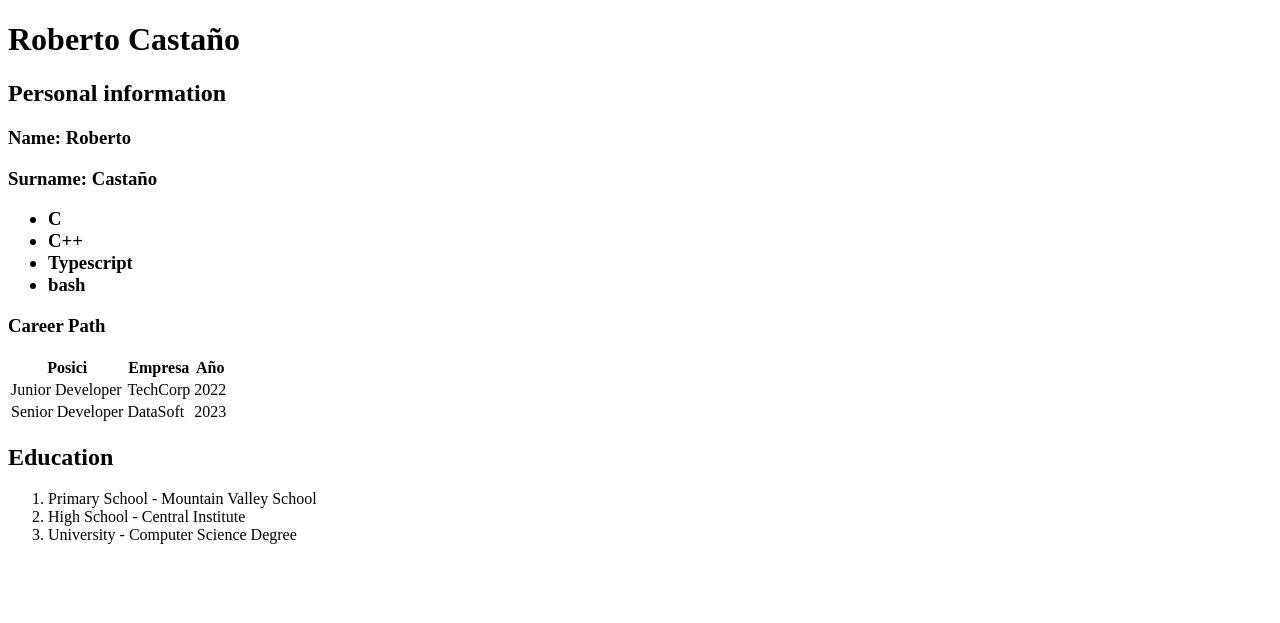
Repository: cronopi/django
Page: Training-Python-Django-0 1/ex01/cv.html
An editor plug-in stored every save of this project. The page is shown before and after the next save, followed by the edit.
The browser window is 1280 px wide. The pictures show the whole page.

Above is the page before, as saved 2026-03-10 12:18:21.

After the next save:
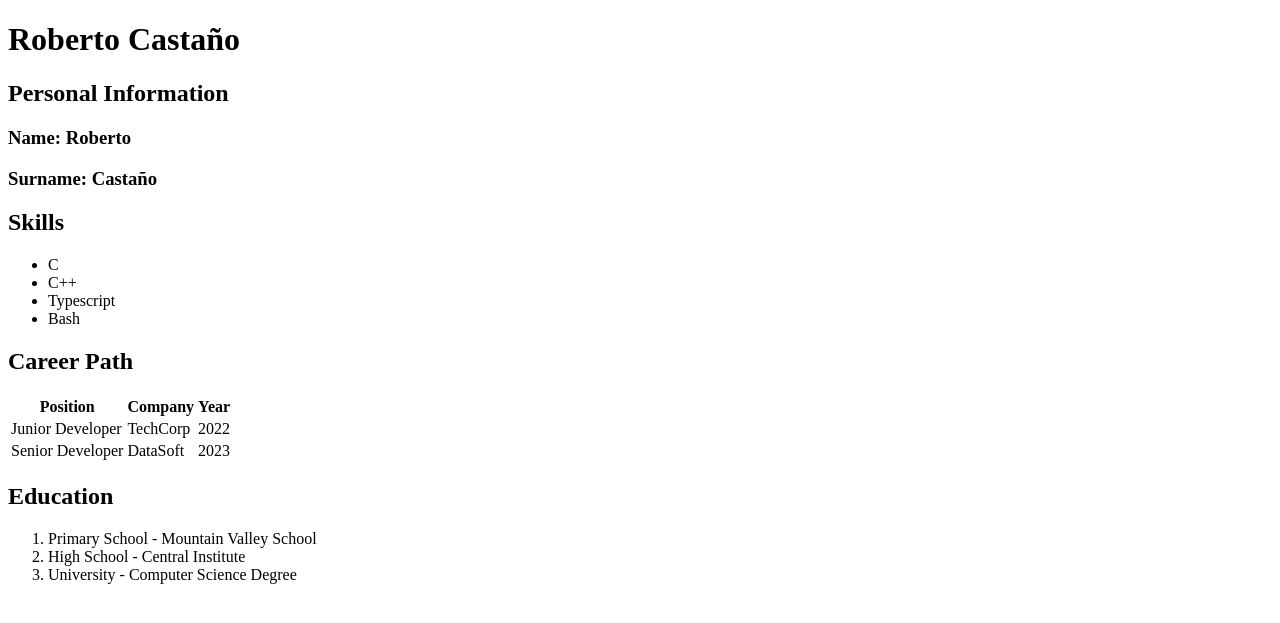
Saved 28 s later.
--- a/Training-Python-Django-0 1/ex01/cv.html
+++ b/Training-Python-Django-0 1/ex01/cv.html
@@ -7,40 +7,41 @@
 
 <body>
 	<h1>Roberto Castaño</h1>
-	<h2>Personal information</h2>
+
+	<h2>Personal Information</h2>
 	<h3>
 		Name: Roberto
 	</h3>
 	<h3>
 		Surname: Castaño
 	</h3>
-	<h3>
-		<ul>
-			<li>C</li>
-			<li>C++</li>
-			<li>Typescript</li>
-			<li>bash</li>
 
-		</ul>
+	<h2>Skills</h2>
+	<ul>
+		<li>C</li>
+		<li>C++</li>
+		<li>Typescript</li>
+		<li>Bash</li>
+	</ul>
 
-		<h3>Career Path</h2>
-			<table>
-				<tr>
-					<th>Posici</th>
-					<th>Empresa</th>
-					<th>Año</th>
-				</tr>
-				<tr>
-					<td>Junior Developer</td>
-					<td>TechCorp</td>
-					<td>2022</td>
-				</tr>
-				<tr>
-					<td>Senior Developer</td>
-					<td>DataSoft</td>
-					<td>2023</td>
-				</tr>
-			</table>
+	<h2>Career Path</h2>
+	<table>
+		<tr>
+			<th>Position</th>
+			<th>Company</th>
+			<th>Year</th>
+		</tr>
+		<tr>
+			<td>Junior Developer</td>
+			<td>TechCorp</td>
+			<td>2022</td>
+		</tr>
+		<tr>
+			<td>Senior Developer</td>
+			<td>DataSoft</td>
+			<td>2023</td>
+		</tr>
+	</table>
 
 	<h2>Education</h2>
 	<ol>
